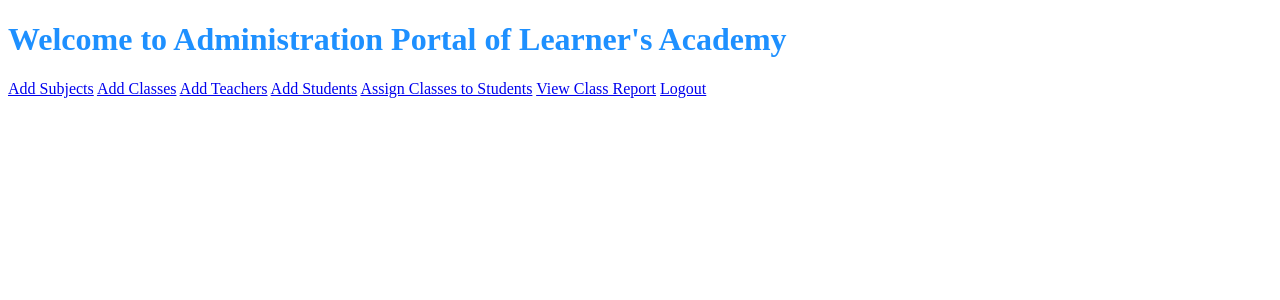
Repository: govardhan71/Learners-Academy-Project-Phase-2
Page: http://localhost/LearnersAcademyPhase-2/learnersacademy.jsp
An editor plug-in stored every save of this project. The page is shown before and after the next save, followed by the edit.
The browser window is 1280 px wide. The pictures show the whole page.
The page is served by Tomcat 9.

Above is the page before, as saved 2021-06-02 11:34:22.

After the next save:
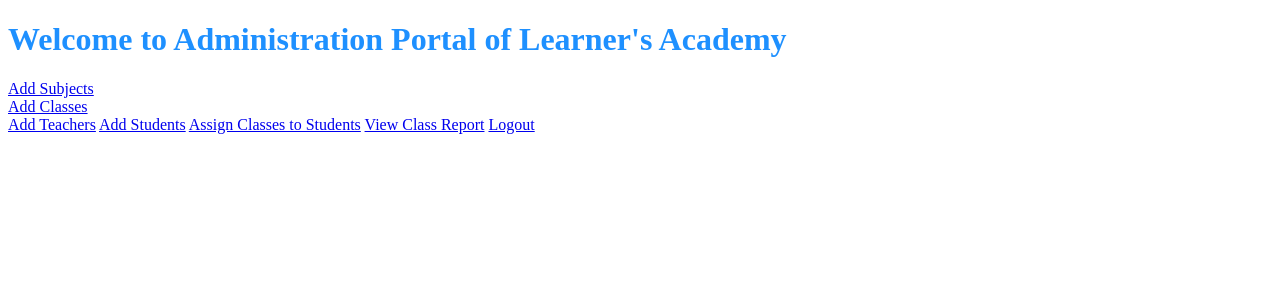
Saved 54 s later.
--- a/LearnersAcademyPhase-2/WebContent/learnersacademy.jsp
+++ b/LearnersAcademyPhase-2/WebContent/learnersacademy.jsp
@@ -10,9 +10,9 @@
 
 <h1 style="color:DodgerBlue;"> Welcome to Administration Portal of Learner's Academy</h1>
 
- <a href=addsubject.jsp>Add Subjects</a>
+ <a href=addsubject.jsp>Add Subjects</a><br>
 
- <a href=addclasses.jsp>Add Classes</a>
+ <a href=addclasses.jsp>Add Classes</a><br>
 
  <a href=addteachers.jsp>Add Teachers</a>
 
